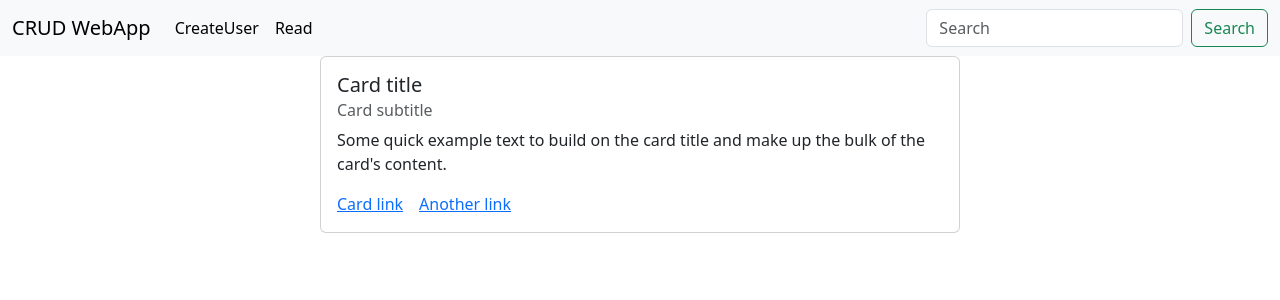
Repository: suraj-yadav7/createpost-redux
Page: /read
These files come from the project's save history. The page is drawn as it stood at one moment and after a run of saves; the edit follows.
The browser window is 1280 px wide. The pictures show the whole page.
The page's requests for data from a server got no answer. The project was rebuilt for these pictures with package versions that can differ from the ones it lists, and the page was loaded fresh each time. No one was signed in, and anything a server would have sent is missing. Also part of the build but not shown: vite.config.js, src/App.css, src/components/CreateData.jsx, src/index.css.

Above is the page before, as saved 2023-05-17 15:28:30.

### index.html
<!DOCTYPE html>
<html lang="en">
  <head>
    <meta charset="UTF-8" />
    <link rel="icon" type="image/svg+xml" href="/vite.svg" />
    <meta name="viewport" content="width=device-width, initial-scale=1.0" />
    <link href="https://cdn.jsdelivr.net/npm/bootstrap@5.3.0-alpha3/dist/css/bootstrap.min.css" rel="stylesheet" integrity="sha384-KK94CHFLLe+nY2dmCWGMq91rCGa5gtU4mk92HdvYe+M/SXH301p5ILy+dN9+nJOZ" crossorigin="anonymous">
    <title>CRUD WebApp</title>
  </head>
  <body>
    <div id="root"></div>
    <script type="module" src="/src/main.jsx"></script>
    <script src="https://cdn.jsdelivr.net/npm/bootstrap@5.3.0-alpha3/dist/js/bootstrap.bundle.min.js" integrity="sha384-ENjdO4Dr2bkBIFxQpeoTz1HIcje39Wm4jDKdf19U8gI4ddQ3GYNS7NTKfAdVQSZe" crossorigin="anonymous"></script>
  </body>
</html>
  </body>
</html>

### src/main.jsx
import React from 'react'
import ReactDOM from 'react-dom/client'
import App from './App.jsx'
import './index.css'
import { Provider } from 'react-redux'
import store from "./store/store.jsx"

ReactDOM.createRoot(document.getElementById('root')).render(
  <Provider store={store}>
    <App />
  </Provider>
)

### src/App.jsx
import React, { useState } from 'react'
import './App.css'
import Navbar from './components/Navbar'
import Read from './components/Read'
import { BrowserRouter as Router,Routes,Route } from 'react-router-dom'
import CreateData from './components/CreateData.jsx'

function App() {

  return (
    <>
    <Router>
    <Navbar />
    <Routes>
    <Route exact path="/" element={<CreateData />} />
    <Route exact path="/read" element={<Read />} />
    </Routes>
    </Router>
    </>
  )
}

export default App

### src/store/store.jsx
import { configureStore } from "@reduxjs/toolkit";
import userDetail from "./slice/userDetail"

const store = configureStore({
    reducer:{
        users:userDetail
    }
})

export default store;

### src/components/Navbar.jsx
import React from 'react'
import { Link } from 'react-router-dom'

const Navbar = () => {
  return (
    <>
      <nav className="navbar navbar-expand-lg bg-body-tertiary">
        <div className="container-fluid">
          <Link to="/" className="navbar-brand" >CRUD WebApp</Link>
          <button className="navbar-toggler" type="button" data-bs-toggle="collapse" data-bs-target="#navbarSupportedContent" aria-controls="navbarSupportedContent" aria-expanded="false" aria-label="Toggle navigation">
            <span className="navbar-toggler-icon"></span>
          </button>
          <div className="collapse navbar-collapse" id="navbarSupportedContent">
            <ul className="navbar-nav me-auto mb-2 mb-lg-0">
              <li className="nav-item">
                <Link to="/" className="nav-link active" aria-current="page" >CreateUser</Link>
              </li>
              <li className="nav-item">
                <Link to="/read" className="nav-link active" >Read</Link>
              </li>
            </ul>
            <form className="d-flex" role="search">
              <input className="form-control me-2" type="search" placeholder="Search" aria-label="Search" />
              <button className="btn btn-outline-success" type="submit">Search</button>
            </form>
          </div>
        </div>
      </nav>
    </>
  )
}

export default Navbar

### src/components/Read.jsx
import React, { useEffect } from 'react'
import { showUser } from '../store/slice/userDetail';
import { useSelector, useDispatch  } from 'react-redux';

const Read = () => {
    const userData = useSelector((state)=>{
        return state.users.user})
    console.log("The data in read:",userData)
    const dispatch = useDispatch()
    useEffect(()=>{
        dispatch(showUser())
    },[])
    return (
        <>
            <div className="card w-50 mx-auto" >
                <div className="card-body">
                    <h5 className="card-title">Card title</h5>
                    <h6 className="card-subtitle mb-2 text-body-secondary">Card subtitle</h6>
                    <p className="card-text">Some quick example text to build on the card title and make up the bulk of the card's content.</p>
                    <a href="#" className="card-link">Card link</a>
                    <a href="#" className="card-link">Another link</a>
                </div>
            </div>
        </>
    )
};

export default Read;

### src/store/slice/userDetail.jsx
import { createSlice, createAsyncThunk } from "@reduxjs/toolkit";

export const createUser = createAsyncThunk("createUser", async(data, {rejectWithValue})=>{
    let response = await fetch("https://646273424dca1a661346b571.mockapi.io/crud",{
    method:"POST",
    headers:{
        "content-type":"application/json"
    },
    body:JSON.stringify(data)
                })

    try{
        let apiData = await response.json()
        console.log("The dat in createuser", apiData)
        return apiData
    }
    catch(error){
        rejectWithValue(error)
    }
} )

export const showUser = createAsyncThunk("showUser", async(arg,{rejectWithValue})=>{
    let response = await fetch("https://646273424dca1a661346b571.mockapi.io/crud")
    try{
        let apiData = await response.json()
        console.log("the fetched", apiData)
        return apiData
    }
    catch(error){
        rejectWithValue(error)
    }
})

const userDetail= createSlice({
    name:"userDetail",
    initialState:{
        user:[],
        loading:false,
        error:null,
    },

    extraReducers:{
        [createUser.pending]:(state)=>{
            state.loading=true
        },
        [createUser.fulfilled]:(state,action)=>{
            state.user.push(action.payload)
        },
        [createUser.rejected]:(state,action)=>{
            state.error=action.payload.message
        },
        [showUser.pending]:(state)=>{
            state.loading=true
        },
        [showUser.fulfilled]:(state,action)=>{
            state.user= action.payload

        },
        [showUser.rejected]:(state,action)=>{
            state.error=action.payload
        }
    }

})

export default userDetail.reducer
export const {} = userDetail.actions

After the next 2 saves:
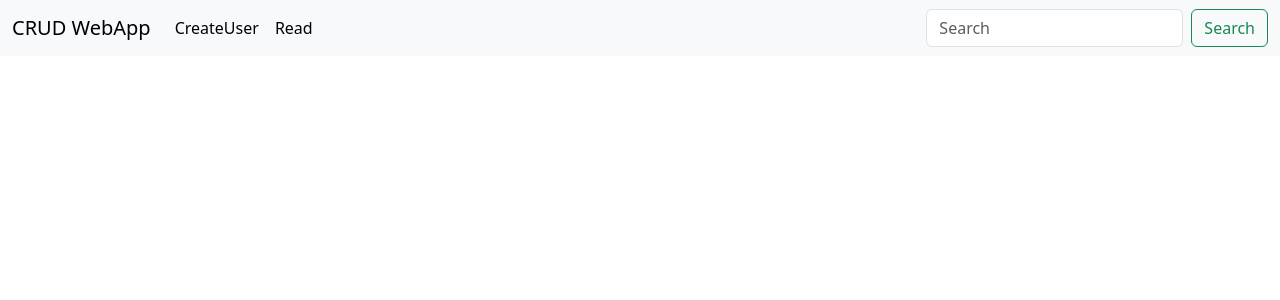
The 2 saves are shown as one change because they came seconds apart.
The last was saved 31 h 28 min later.
--- a/src/components/Read.jsx
+++ b/src/components/Read.jsx
@@ -12,15 +12,20 @@ const Read = () => {
     },[])
     return (
         <>
-            <div className="card w-50 mx-auto" >
+        {
+               userData.map((data)=>{
+                <div className="card w-50 mx-auto" key={data.id} >
                 <div className="card-body">
-                    <h5 className="card-title">Card title</h5>
-                    <h6 className="card-subtitle mb-2 text-body-secondary">Card subtitle</h6>
-                    <p className="card-text">Some quick example text to build on the card title and make up the bulk of the card's content.</p>
+                    <h5 className="card-title">User Details</h5>
+                    <h6 className="card-subtitle mb-2 text-body-secondary">{data.name}</h6>
+                    <p className="card-text">Email : {data.email}</p>
+                    <p className="card-text">Age : {data.age}</p>
                     <a href="#" className="card-link">Card link</a>
                     <a href="#" className="card-link">Another link</a>
                 </div>
-            </div>
+                    </div>
+                 })
+        }
         </>
     )
 };
